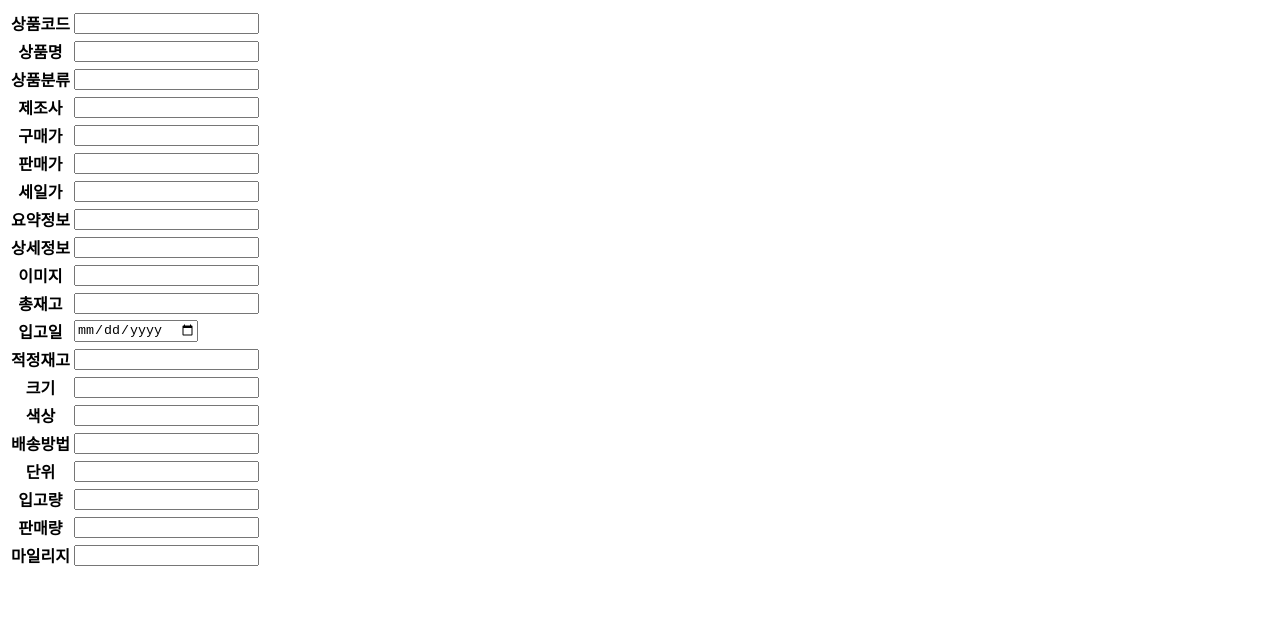
Repository: hoseolkim/restart
Page: http://localhost/WebStudy03_Mybatis/WEB-INF/views/prod/prodForm.jsp
An editor plug-in stored every save of this project. The page is shown before and after the next save, followed by the edit.
The browser window is 1280 px wide. The pictures show the whole page.
The page is served by Tomcat 9. Nobody is signed in. The template is opened directly, without the code that normally fills it, so the values that code supplies are empty.

Above is the page before, as saved 2023-10-05 05:55:36.

After the next save:
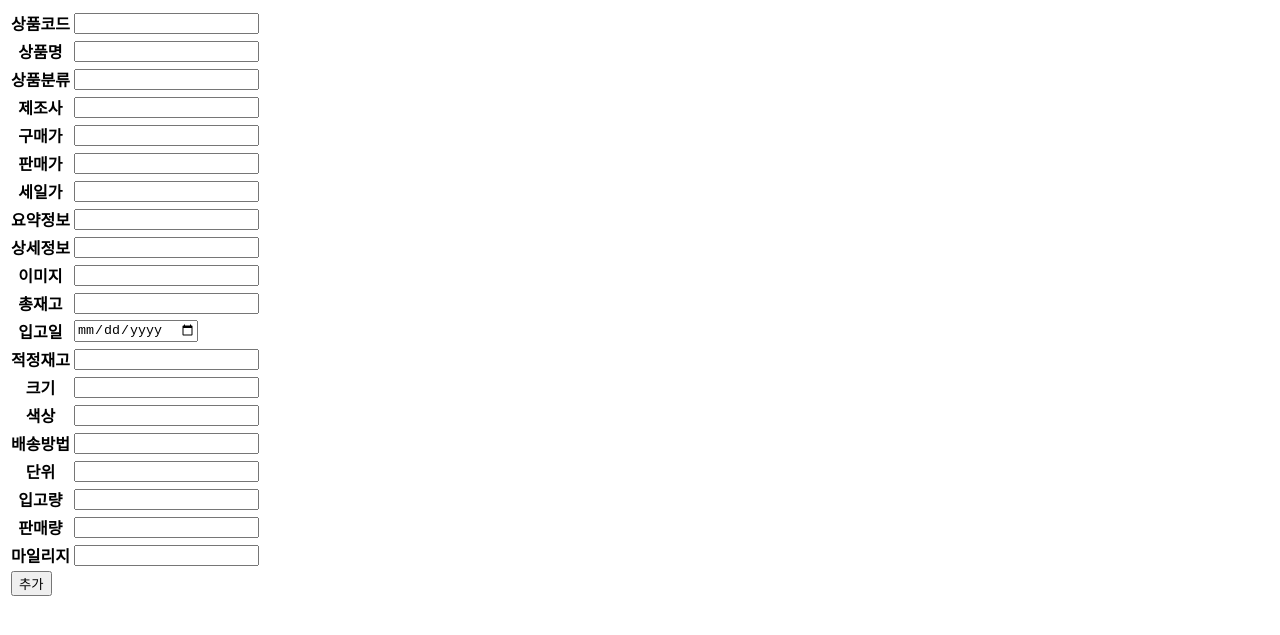
Saved 3 min 28 s later.
--- a/WebStudy03_Mybatis/src/main/webapp/WEB-INF/views/prod/prodForm.jsp
+++ b/WebStudy03_Mybatis/src/main/webapp/WEB-INF/views/prod/prodForm.jsp
@@ -105,5 +105,10 @@
 			<td><input type="number" name="prodMileage" class="form-control"
 				value="${prod.prodMileage}" /><span class="error">${errors.prodMileage}</span></td>
 		</tr>
+		<tr>
+			<td colspan="2">
+				<input type="submit" value="추가">
+			</td>
+		</tr>
 	</table>
 </form>
